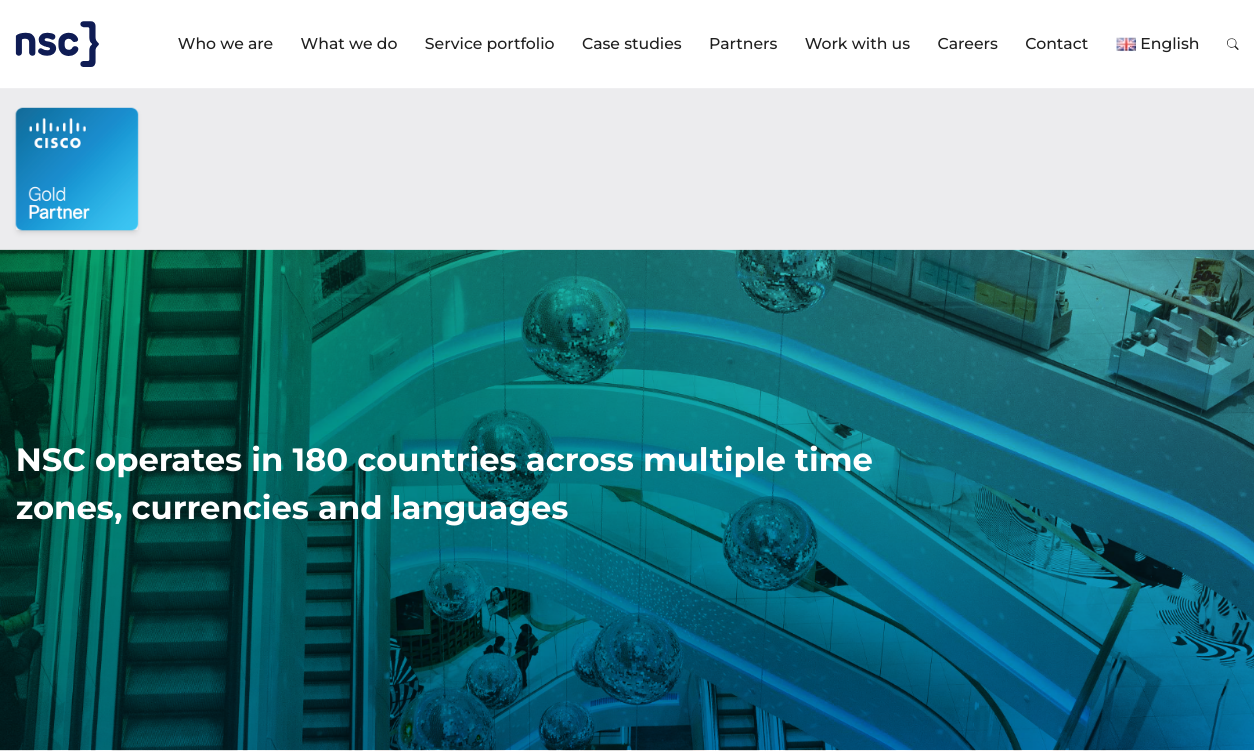
Repository: spaceship9999/ReactIsBack
Page: /
These files come from the project's save history. The page is drawn as it stood at one moment and after the next save; the edit follows.
The browser window is 1280 px wide. The pictures show the whole page, at 98% of full size.
The project was rebuilt for these pictures with package versions that can differ from the ones it lists, and the page was loaded fresh each time. The framework's server and built-in components were replaced by stand-ins that run in the browser. Also part of the build but not shown: next.config.js.

Above is the page before, as saved 2023-03-25 00:35:02.

After the next save:
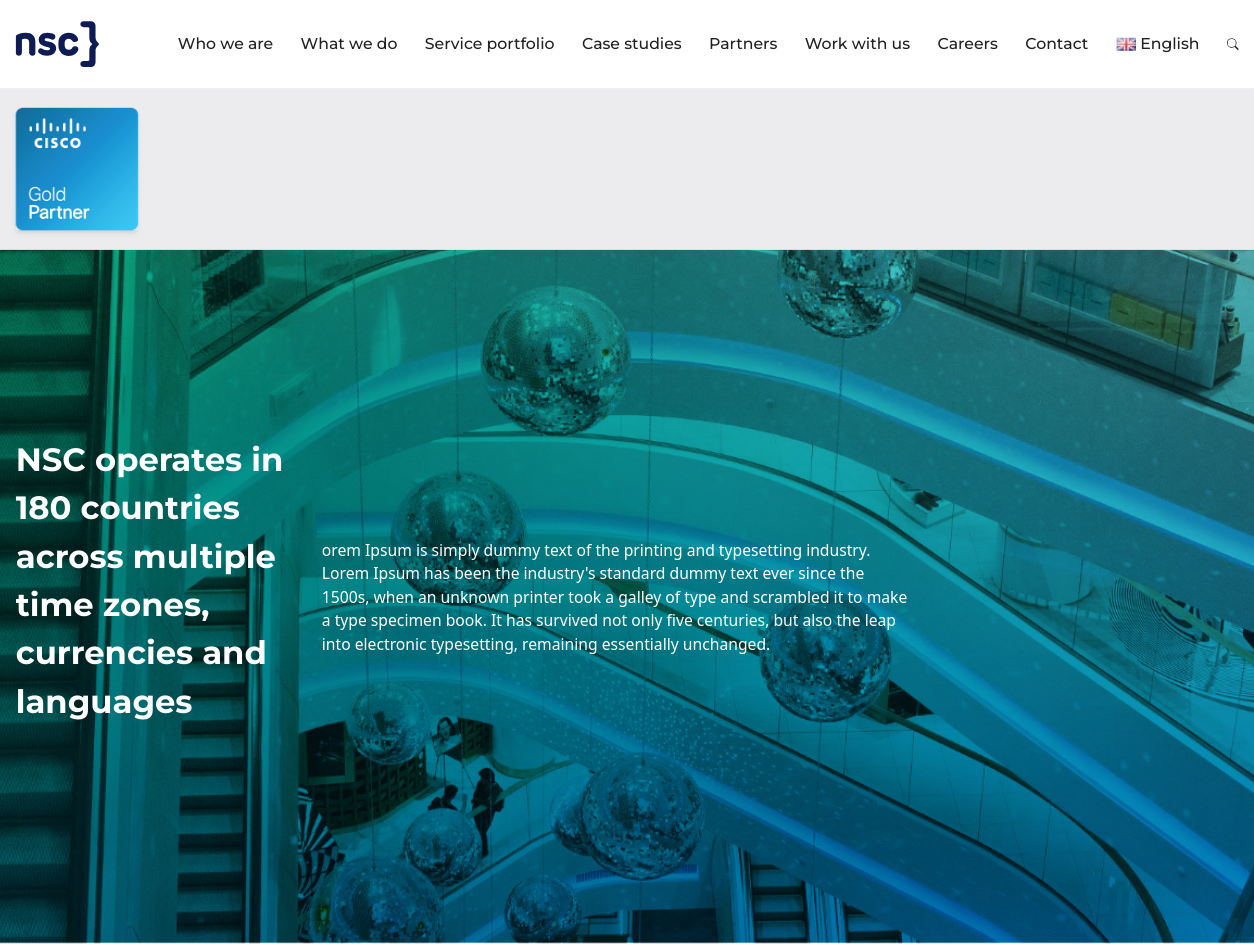
Saved 86 s later.
--- a/src/app/page.tsx
+++ b/src/app/page.tsx
@@ -10,7 +10,7 @@
       <Award/>
       <Banner
         heading="NSC operates in 180 countries across multiple time zones, currencies and languages"
-        image="/img/Cisco_Banner.png" content="" position={""}/>
+        image="/img/Cisco_Banner.png" content="orem Ipsum is simply dummy text of the printing and typesetting industry. Lorem Ipsum has been the industry's standard dummy text ever since the 1500s, when an unknown printer took a galley of type and scrambled it to make a type specimen book. It has survived not only five centuries, but also the leap into electronic typesetting, remaining essentially unchanged." position={""}/>
     </main>
   )
 }
